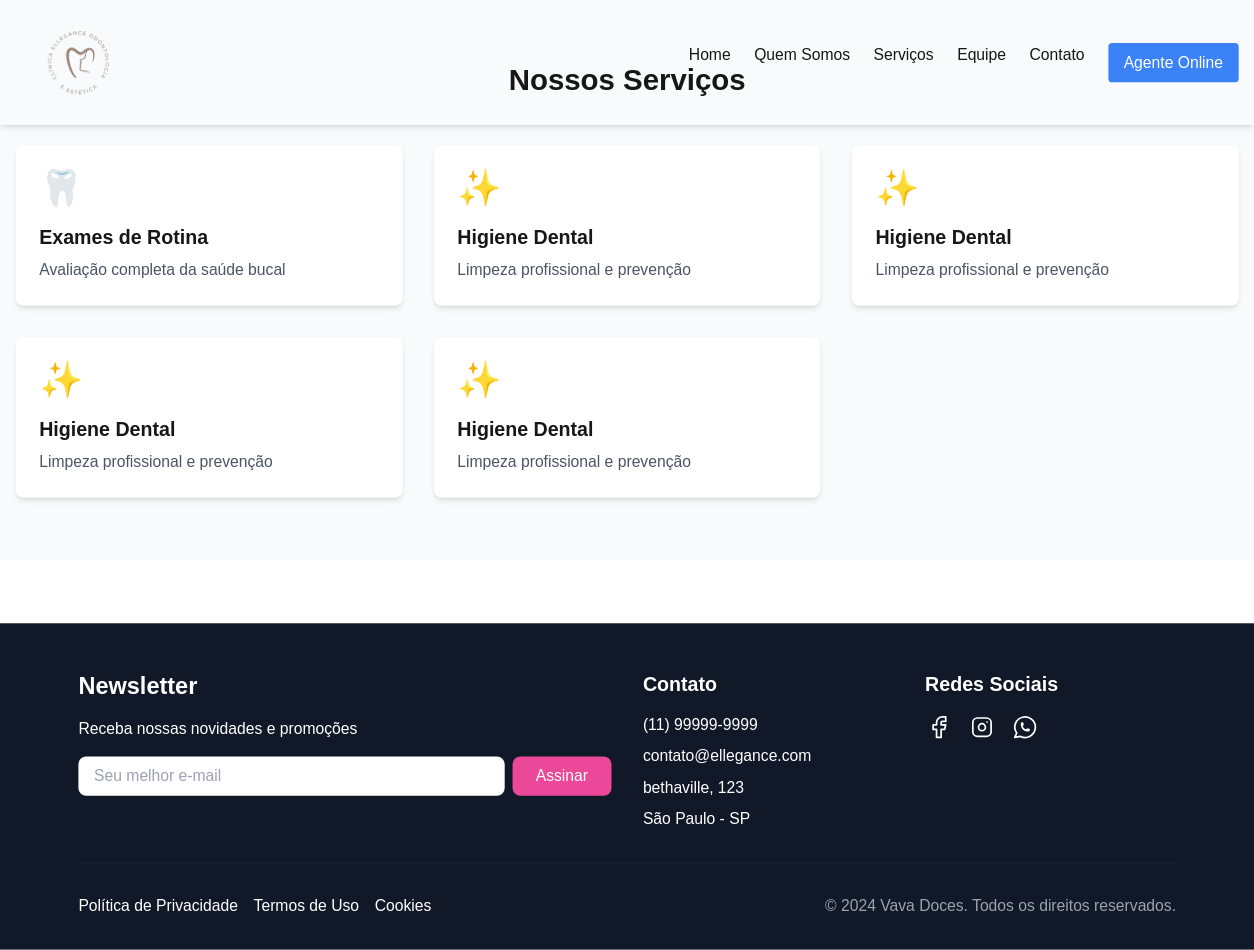
Repository: francisguitt/ellegance_odontologia
Page: /services_
The author's editor kept a copy of each file at every save. The page is drawn from the files as they stood at one save, then again after the next save.
The browser window is 1280 px wide. The pictures show the whole page, at 98% of full size.
The project was rebuilt for these pictures with package versions that can differ from the ones it lists, and the page was loaded fresh each time. The framework's server and built-in components were replaced by stand-ins that run in the browser. Also part of the build but not shown: next.config.mjs.

Above is the page before, as saved 2025-02-22 12:16:40.

After the next save:
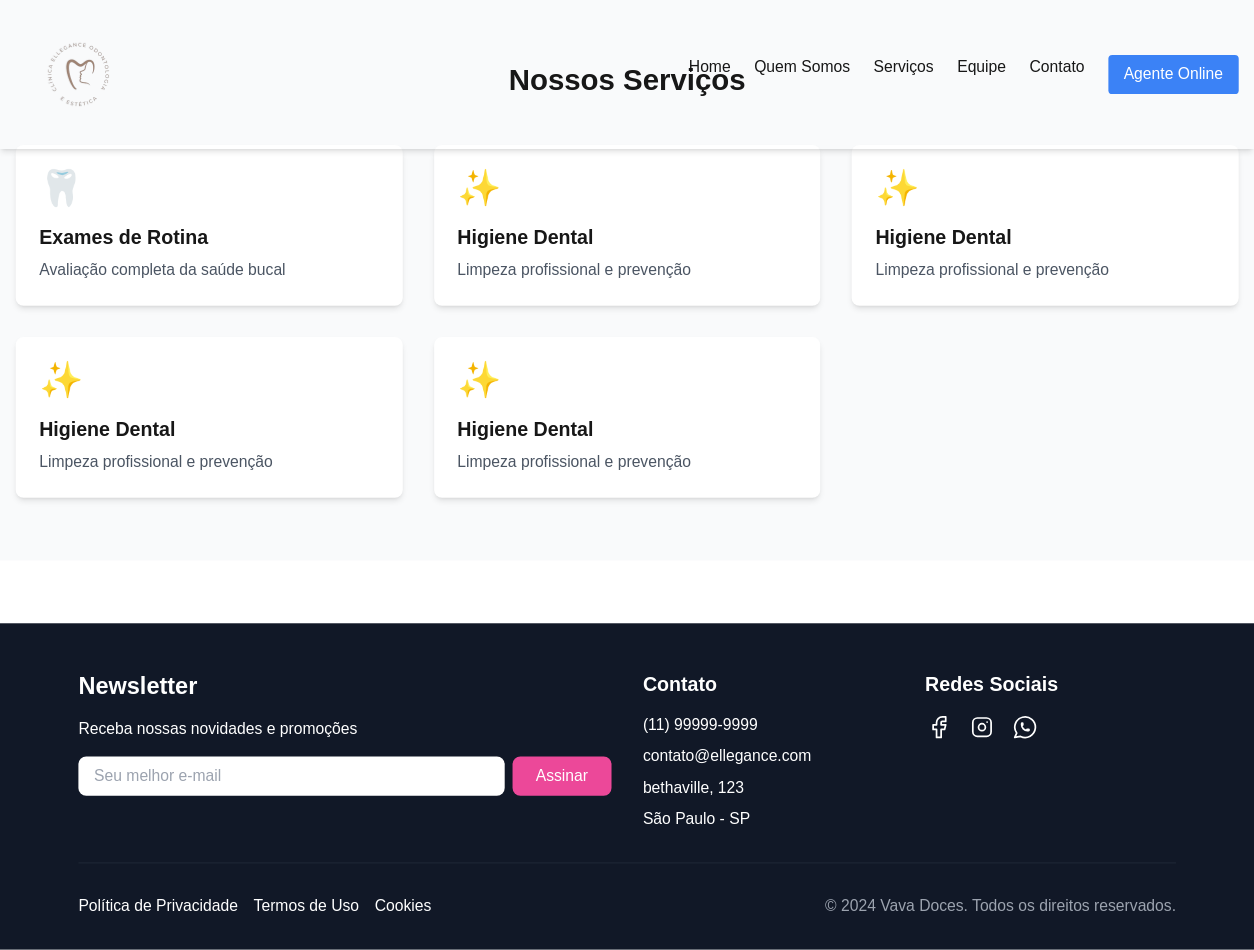
Saved 10 s later.
--- a/src/app/components/header.tsx
+++ b/src/app/components/header.tsx
@@ -24,7 +24,7 @@ const Header = () => {
 
   return (
     <header className="fixed w-full  shadow-md z-50">
-      <div className="container mx-auto px-4 py-0 flex justify-between items-center text-center">
+      <div className="container mx-auto px-4 py-3 flex justify-between items-center text-center">
         <div className="logo">
           <Image
             src={logo}
